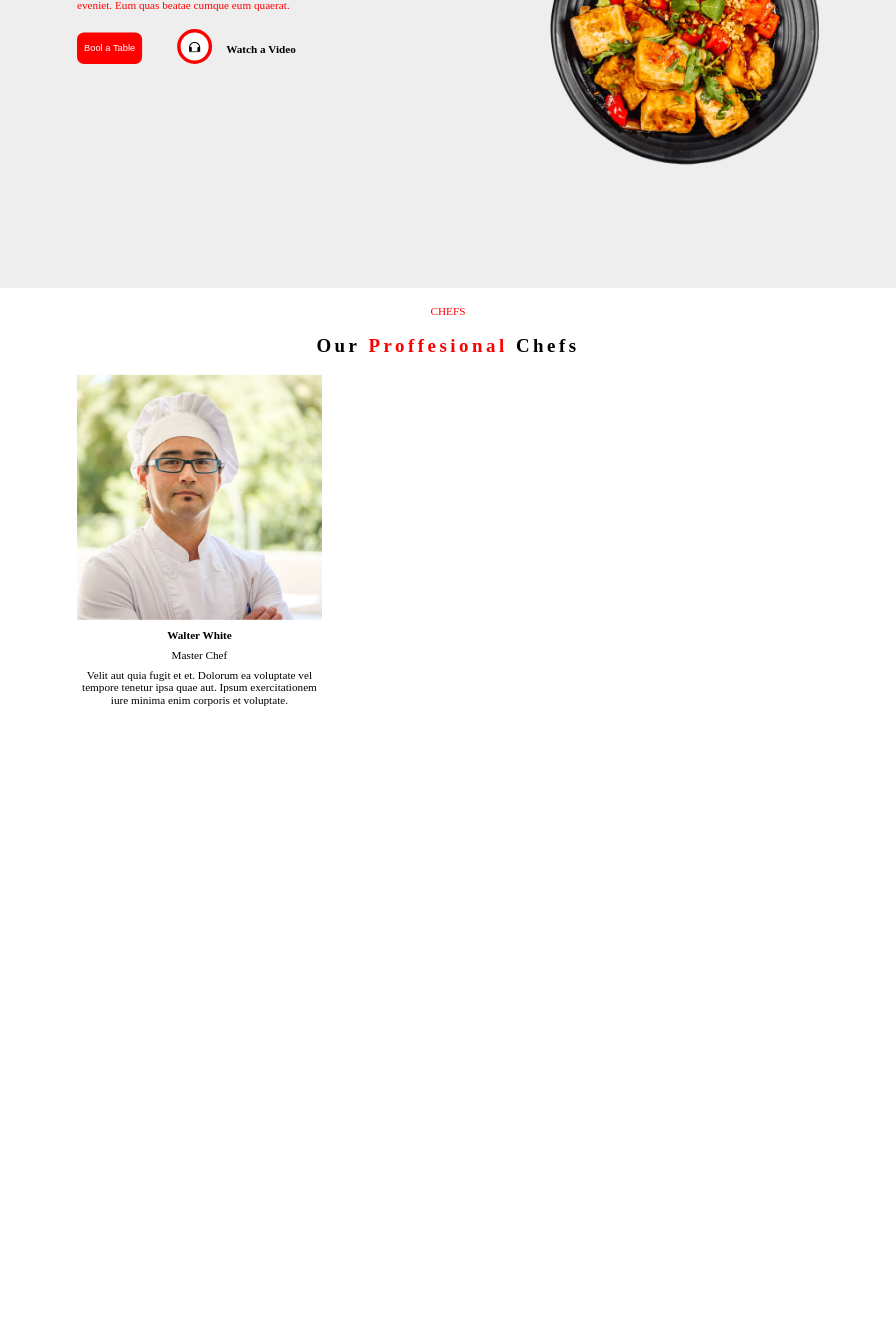
Repository: Ahmedalid/New-project
Page: Rout/index.html
An editor plug-in stored every save of this project. The page is shown before and after a run of saves, followed by the edit.
The browser window is 1280 px wide. The pictures show the part of the page from y = 388 to 2308 px (the page is 5000 px tall), at 70% of full size.

Above is the page before, as saved 2023-06-04 20:08:39.

After the next 2 saves:
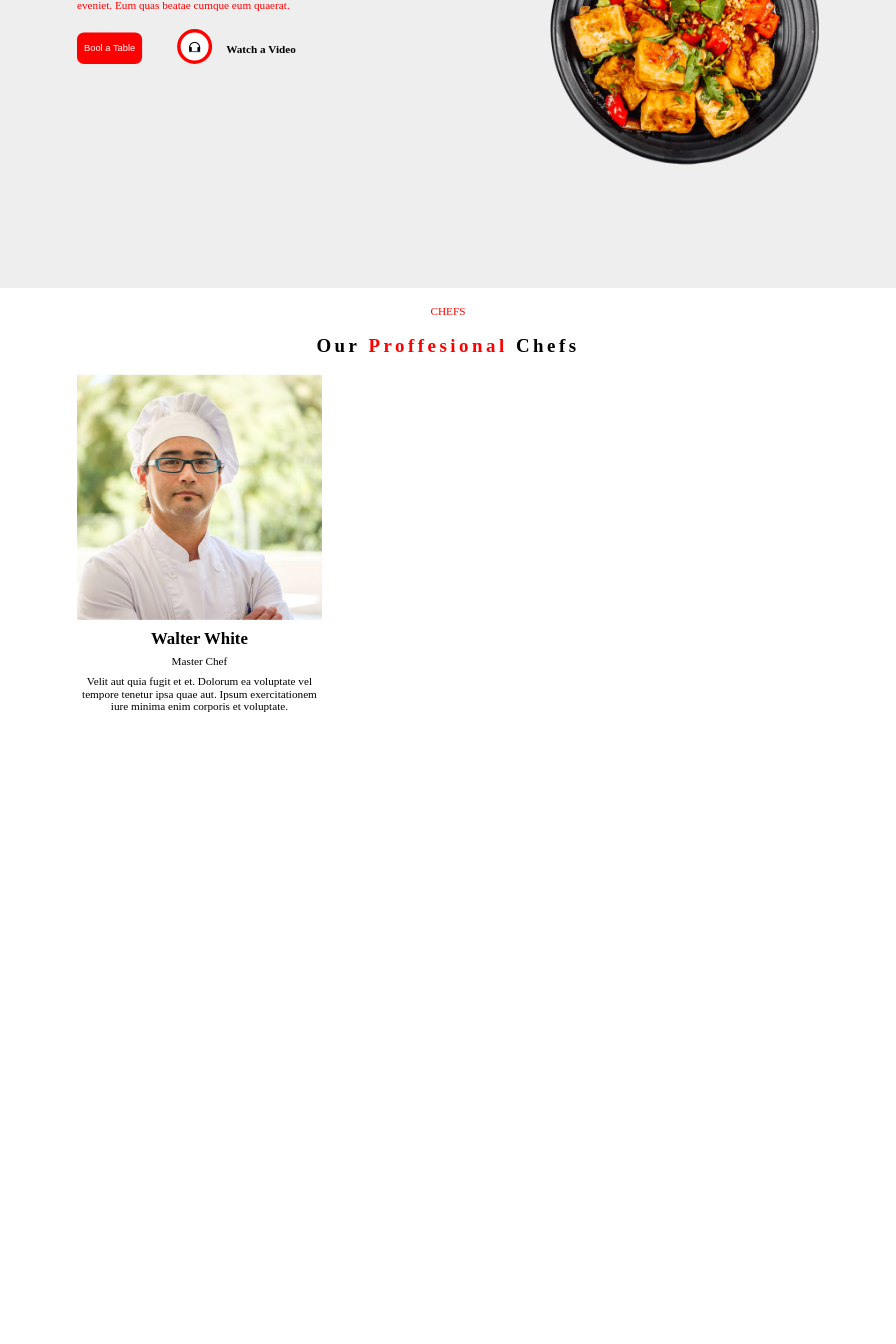
The 2 saves are shown as one change because they came seconds apart.
The last was saved 3 days later.
--- a/Rout/index.html
+++ b/Rout/index.html
@@ -68,7 +68,7 @@
         <div class="mt card-img">
             <div class="">
                 <img src="img/chefs-3.jpg" alt="">
-                <h4 class="text-center mt-1">Walter White </h4>
+                <h2 class="text-center mt-1">Walter White </h5>
                 <p class="text-center mt-1">Master Chef</p>
                 <p class="text-center mt-1">
                     Velit aut quia fugit et et. Dolorum ea voluptate vel
